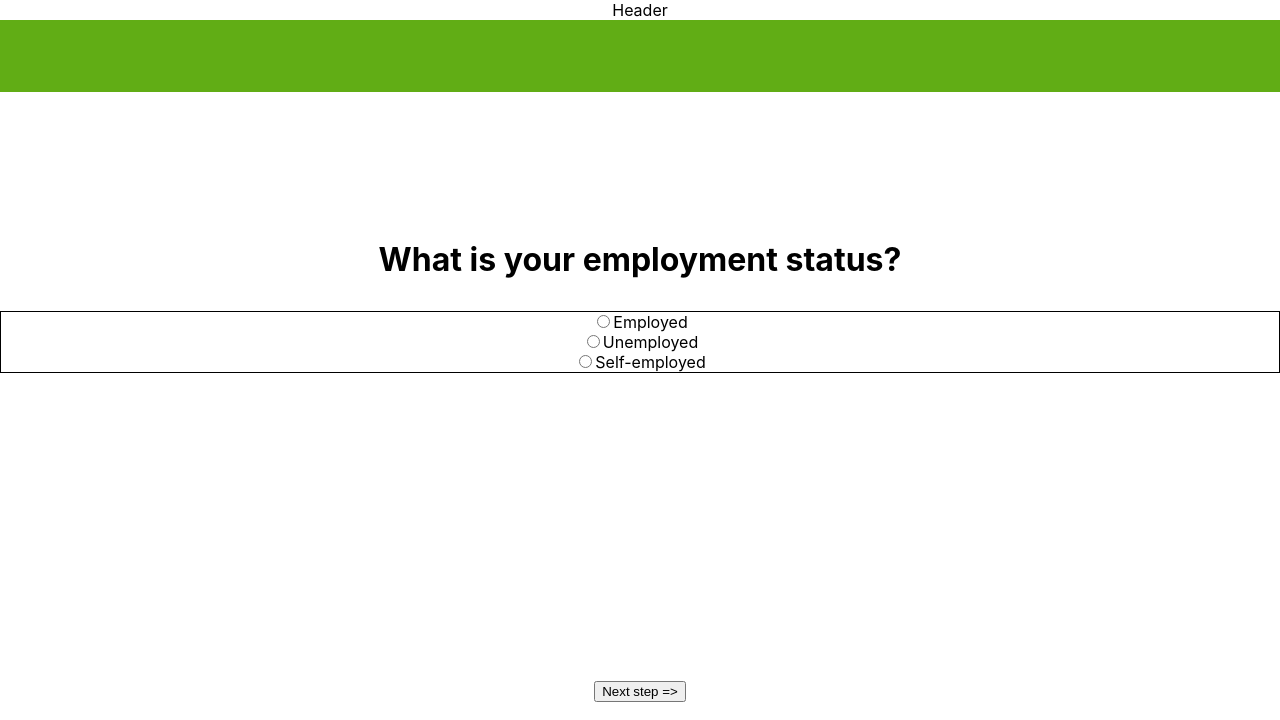
Repository: andbilous/task-survey
Page: /
These files come from the project's save history. The page is drawn as it stood at one moment and after the next save; the edit follows.
The browser window is 1280 px wide. The pictures show the whole page.
The project was rebuilt for these pictures with package versions that can differ from the ones it lists, and the page was loaded fresh each time. Also part of the build but not shown: src/pages/FillingStatus.jsx, src/pages/Proprietorships.jsx, src/pages/Score.jsx.

Above is the page before, as saved 2020-06-16 22:03:26.

### src/App.js
import React from 'react';
import {
  BrowserRouter as Router,
  Switch,
  Route,
  Link
} from "react-router-dom";
import './App.css';
import Header from './components/Header';
import Footer from './components/Footer';
import EmploymentStatusPage from './pages/EmploymentStatus';
import FillingStatus from './pages/FillingStatus';
import Proprietorships from './pages/Proprietorships';
import Score from './pages/Score';
import { Provider } from 'react-redux'
import { store } from './redux/store'

function App() {
  return (
    <Router>
    <Provider store={store}>
    <Switch>
    <div className="App">
      <Header/>
      <Route path="/employment-status">
            <EmploymentStatusPage />
          </Route>
      <EmploymentStatusPage/>
      <Footer/>
    </div>
    </Switch>
    </Provider>
    </Router>
  );
}

export default App;

### src/App.css
*{
  text-align: center;
}
/* .App {
  text-align: center;
  background-color: #333;
}

.App-logo {
  height: 40vmin;
  pointer-events: none;
}

@media (prefers-reduced-motion: no-preference) {
  .App-logo {
    animation: App-logo-spin infinite 20s linear;
  }
}

.App-header {
  background-color: #282c34;
  min-height: 100vh;
  display: flex;
  flex-direction: column;
  align-items: center;
  justify-content: center;
  font-size: calc(10px + 2vmin);
  color: white;
}

.App-link {
  color: #61dafb;
}

@keyframes App-logo-spin {
  from {
    transform: rotate(0deg);
  }
  to {
    transform: rotate(360deg);
  }
} */

### src/components/Header.jsx
import React from "react";

const Header = () => {
  return (
    <div style={styles.general}>
      Header
      <div style={styles.progressBar}></div>
    </div>
  );
};

const styles = {
  general: {
    position: "absolute",
    left: "0%",
    right: "0%",
    top: "0%",
    bottom: "0%",
    height: "133px",
    backgroundColor: "#fff",
  },
  progressBar: {
    height: "72px",
    width: "100%",
    backgroundColor: "#61AD15",
  },
};

export default Header;

### src/components/Footer.jsx
import React from "react";

const Footer = () => {
  return <div style={styles.general}>
    <button>Next step =></button>
  </div>;
};

const styles = {
  general: {
    position: "absolute",
    bottom: "0",
    width: "100%",
    height: "2.5rem",
    backgroundColor: '#fff'
  },
};

export default Footer;

### src/pages/EmploymentStatus.jsx
import React, {useState} from "react";
import Radio from '@material-ui/core/Radio';
import RadioGroup from '@material-ui/core/RadioGroup';
import FormControlLabel from '@material-ui/core/FormControlLabel';
import FormControl from '@material-ui/core/FormControl';
import FormLabel from '@material-ui/core/FormLabel';

const EmploymentStatusPage = () => {
  const [value,setValue] = useState('Employed')
  const handleChange=(e)=>{
    console.log(e.target.value)
  }
  return (
    <div style={{ backgroundColor: "#fff",marginTop: "15rem" }}>
      <h1>What is your employment status?</h1>
      {/* <FormControl component="fieldset">
      <FormLabel component="legend">Gender</FormLabel>
      <RadioGroup defaultValue="female" aria-label="gender" name="customized-radios">
        <FormControlLabel value="female" control={<StyledRadio />} label="Female" />
        <FormControlLabel value="male" control={<StyledRadio />} label="Male" />
        <FormControlLabel value="other" control={<StyledRadio />} label="Other" />
        <FormControlLabel
          value="disabled"
          disabled
          control={<StyledRadio />}
          label="(Disabled option)"
        />
      </RadioGroup>
    </FormControl> */}
      <form>
        <div id='1' style={{marginTop: '2rem',border: '1px solid black', display:'flex',flexDirection:'column'}} className="radio">
            <label><input onChange={handleChange} name='1' type="radio" value={value} />Employed</label>
            <label><input onChange={handleChange} name='1' type="radio" value="Unemployed" />Unemployed</label>
            <label><input onChange={handleChange} name='1' type="radio" value="SelfEmployed" />Self-employed</label>
        </div>
      </form>
    </div>
  );
};

export default EmploymentStatusPage;

### src/redux/store.js
import { applyMiddleware, createStore } from 'redux';
import logger from 'redux-logger';
import thunk from 'redux-thunk';

import { rootReducer } from './rootReducer';

const middleware = [thunk, logger];

export const store = createStore(rootReducer, applyMiddleware(...middleware));

### src/redux/rootReducer.js
import { combineReducers } from 'redux'
import surveyReducer from './survey/reducer'

export const rootReducer = combineReducers({
  surveyReducer
})

### src/redux/survey/reducer.js
import types from './types'

const initialValues = {
  users: [],
  isLoading: false,
  userData: {}
}

const surveyReducer = (state = initialValues, { type, payload }) => {
  switch (type) {
    case types.FETCH_USERS_START:
    case types.GET_USERDATA_START:
      return {
        ...state,
        isLoading: true
      }
    case types.GET_USERDATA_SUCCESS:
      return {
        ...state,
        isLoading: false,
        userData: payload
      }
    case types.FETCH_USERS_SUCCESS:
      return {
        ...state,
        isLoading: false,
        users: payload
      }
    case types.GET_USERDATA_FAILURE:
    case types.FETCH_USERS_FAILURE:
      return {
        ...state,
        isLoading: true
      }
    default:
      return state
  }
}

export default surveyReducer;

Loaded but not shown: public/index.html (common file); src/index.js (common file); src/index.css (common file); src/serviceWorker.js (common file); src/redux/survey/types.js (no copy from this time; the picture is the same without it)

After the next save:
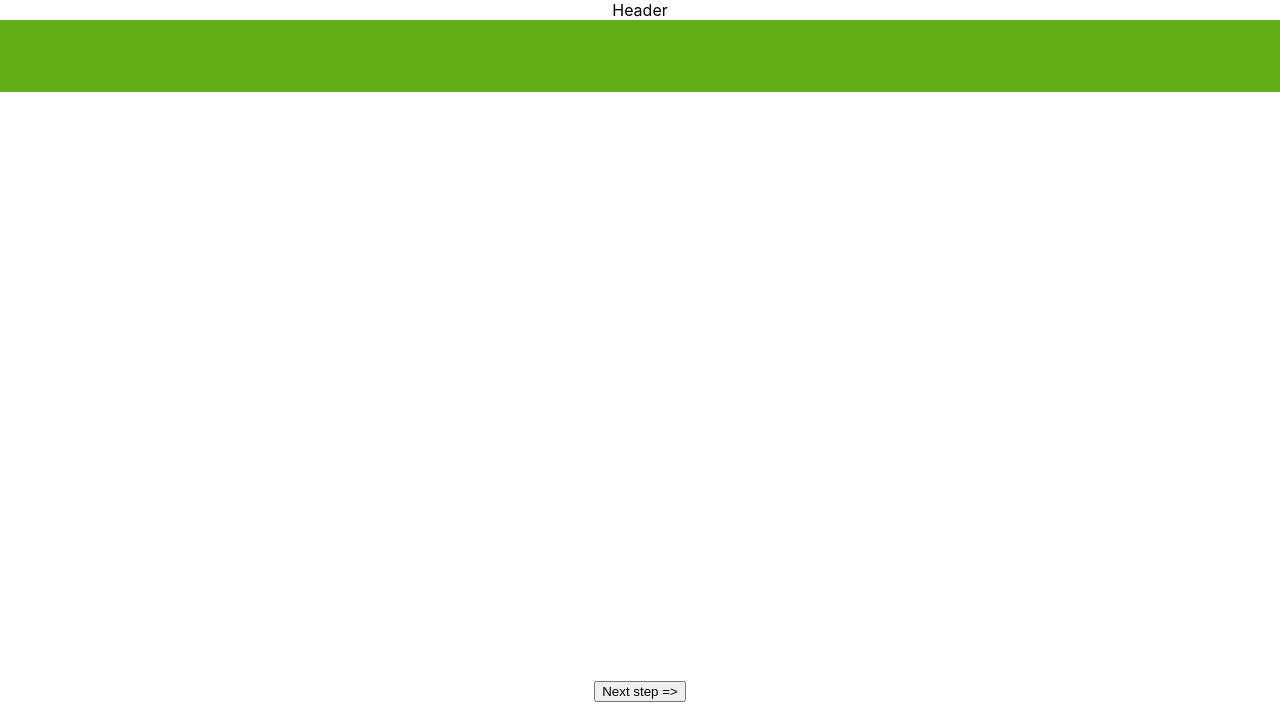
Saved 20 s later.
--- a/src/App.js
+++ b/src/App.js
@@ -25,7 +25,6 @@ function App() {
       <Route path="/employment-status">
             <EmploymentStatusPage />
           </Route>
-      <EmploymentStatusPage/>
       <Footer/>
     </div>
     </Switch>
